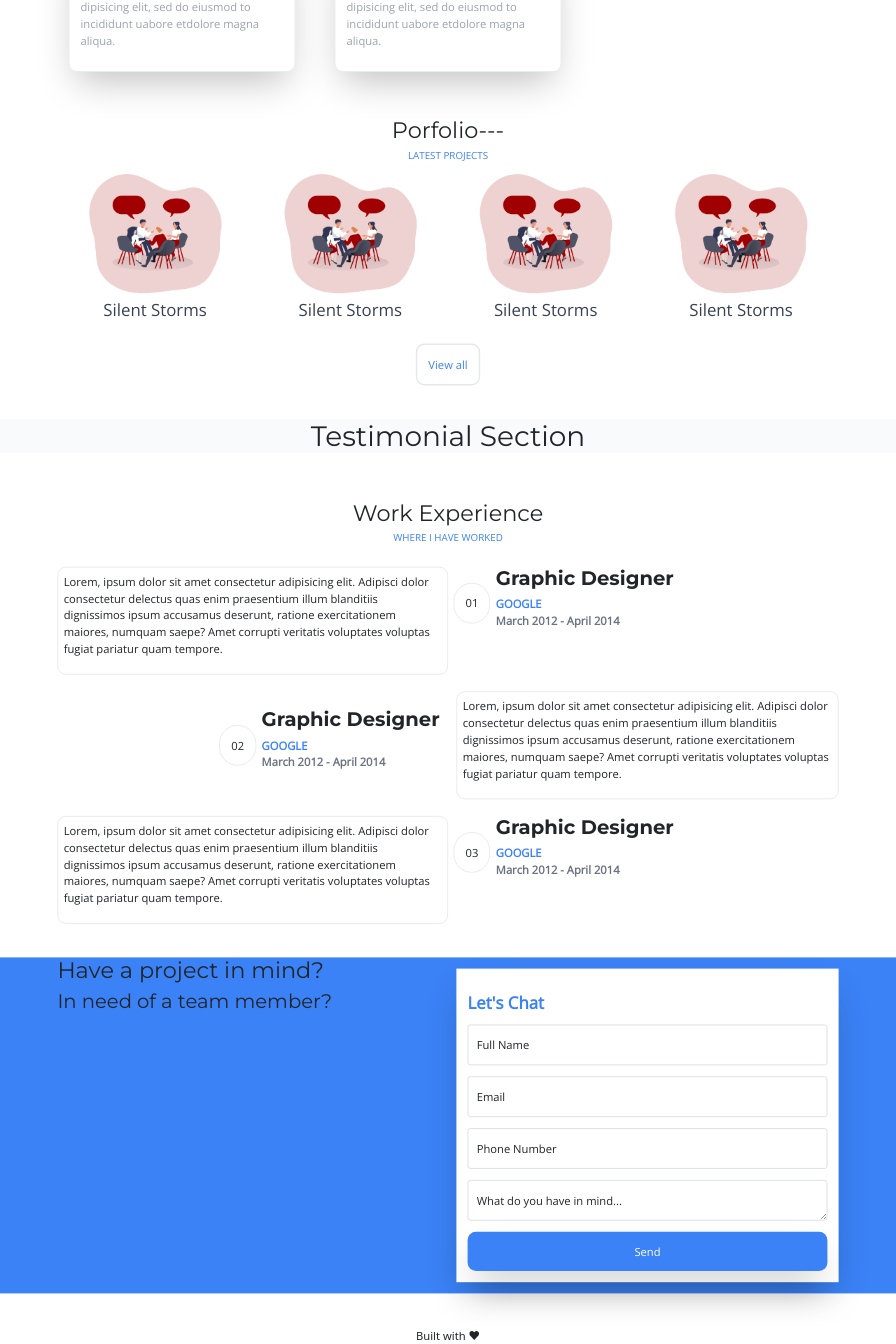
Repository: latenightsnacc/giggles
Page: HTML/freelancer.html
These files come from the project's save history. The page is drawn as it stood at one moment and after the next save; the edit follows.
The browser window is 1280 px wide. The pictures show the part of the page from y = 1544 to 3464 px (the page is 3464 px tall), at 70% of full size.
Some web libraries are served in a nearby version.

Above is the page before, as saved 2021-01-03 19:16:53.

### HTML/freelancer.html
<!DOCTYPE html>
<html lang="en">
<head>
    <meta charset="UTF-8">
    <meta name="viewport" content="width=device-width, initial-scale=1.0">
    <link href="https://cdnjs.cloudflare.com/ajax/libs/tailwindcss/2.0.2/tailwind.min.css" rel="stylesheet">
    <link rel="stylesheet" href="https://stackpath.bootstrapcdn.com/font-awesome/4.7.0/css/font-awesome.min.css" />
    <link href="https://cdn.jsdelivr.net/npm/bootstrap@5.0.0-beta1/dist/css/bootstrap.min.css" rel="stylesheet" integrity="sha384-giJF6kkoqNQ00vy+HMDP7azOuL0xtbfIcaT9wjKHr8RbDVddVHyTfAAsrekwKmP1" crossorigin="anonymous">
    <link rel="stylesheet" href="stylesheet.css">
    <title>Freelancer Page</title>
</head>
<body class="overflow-x-hidden">
    <header class="container">
        <nav class="navbar navbar-expand-lg navbar-light bg-white">
            <div class="container-fluid">
              <a class="navbar-brand" href="#">Navbar</a>
              <button class="navbar-toggler" type="button" data-bs-toggle="collapse" data-bs-target="#navbarNavDropdown" aria-controls="navbarNavDropdown" aria-expanded="false" aria-label="Toggle navigation">
                <span class="navbar-toggler-icon"></span>
              </button>
              <div class="collapse navbar-collapse" id="navbarNavDropdown">
                <ul class="navbar-nav ml-auto">
                  <li class="nav-item">
                    <a class="nav-link active" aria-current="page" href="#">About</a>
                  </li>
                  <li class="nav-item">
                    <a class="nav-link" href="#">Services</a>
                  </li>
                  <li class="nav-item">
                    <a class="nav-link" href="#">My Work</a>
                  </li>
                  <li class="nav-item">
                    <a class="nav-link" href="#">Contact</a>
                  </li>
                  <!-- <li class="nav-item dropdown">
                    <a class="nav-link dropdown-toggle" href="#" id="navbarDropdownMenuLink" role="button" data-bs-toggle="dropdown" aria-expanded="false">
                      Dropdown link
                    </a>
                    <ul class="dropdown-menu" aria-labelledby="navbarDropdownMenuLink">
                      <li><a class="dropdown-item" href="#">Action</a></li>
                      <li><a class="dropdown-item" href="#">Another action</a></li>
                      <li><a class="dropdown-item" href="#">Something else here</a></li>
                    </ul>
                  </li> -->
                </ul>
              </div>
            </div>
        </nav>
    </header>
    <main>
        <!--User Banner-->
        <div class="container mt-5">
            <div class="row flex items-center h-auto">
                <div class="col-sm-12 col-md-4 col-lg-4 col-xl-4">
                    <img src="assets/userDp.jpg" alt="Profile Picture">
                </div>
                <div class="col-sm-12 col-md-8 col-lg-8 col-xl-8">
                    <div class="user-info">
                        <span class="semi-bold text-blue-500 py-10">Hello I'm</span>
                        <h1>Timothy Michael</h1>
                        <h2>Professional Wedding Photographer</h2>
                        <p>Lorem ipsum dolor, sit amet consectetur adipisicing elit. Deserunt, et! Itaque consequuntur ratione quisquam quis, similique cum magni rem ipsam.</p>
                        <div class="mt-2">
                            <a href="#" class="text-xl text-gray-500 no-underline hover:text-blue-700">
                                <i class="fa fa-facebook-f"></i>
                            </a>
                            <a href="#" class="text-xl ml-5 text-gray-500 no-underline hover:text-blue-700">
                                <i class="fa fa-instagram"></i>
                            </a>
                            <a href="#" class="text-xl ml-5 text-gray-500 no-underline hover:text-blue-700">
                                <i class="fa fa-twitter"></i>
                            </a>
                            <a href="#" class="text-xl ml-5 text-gray-500 no-underline hover:text-blue-700">
                                <i class="fa fa-linkedin"></i>
                            </a>
                        </div>
                        <div class="flex flex-row ">
                            <button class="bg-blue-500 hover:bg-blue-700 text-white p-3 semi-bold rounded-xl shadow-2xl my-3">Hire me</button>
                            <button class="bg-blue-500 hover:bg-blue-700 text-white p-3 semi-bold rounded-xl shadow-2xl my-3 mx-3">Collaborate</button>
                        </div>

                    </div>
                </div>
            </div>
        </div>
        <!--User Statisitics-->
        <div class="stats w-full bg-gray-50 flex items-center h-auto py-3 mt-5">
            <div class="container">
                <div class="row">
                    <div class="stat-box col text-center">
                        <div class="bold text-4xl text-black">0</div>
                        <p class="text-sm text-gray-400">Projects completed</p>

                    </div>
                    <div class="stat-box col text-center">
                        <div class="bold text-4xl text-black">0</div>
                        <p class="text-sm text-gray-400">Years of Experience</p>
                    </div>
                    <div class="stat-box col text-center">
                        <div class="bold text-4xl text-black">0</div>
                        <p class="text-sm text-gray-400">Happy Clients</p>
                    </div>
                    <div class="stat-box col text-center">
                        <div class="bold text-4xl text-black">0</div>
                        <p class="text-sm text-gray-400">Collaborations</p>
                    </div>
                </div>
            </div>
        </div>
        <!--About User-->
        <div class="container my-5">
            <div class="row h-auto flex flex-row items-center">
                <div class="col-sm-12 col-md-6 col-lg-4 col-xl-4 pt-5">
                    <h3 class="text-4xl">About Timothy</h3>
                    <p class="text-sm text-blue-700 uppercase semi-bold">Why should you hire me?</p>
                </div>
                <div class="col-sm-12 col-md-6 col-lg-8 col-xl-8 pt-3">
                    <p>Lorem ipsum dolor sit amet consectetur, adipisicing elit. Deleniti amet fugit consectetur perferendis fuga ad numquam mollitia facere obcaecati quam inventore ullam officiis esse rerum soluta laboriosam temporibus, illum aspernatur possimus corrupti quos deserunt, praesentium dolorum officia. Ea aliquam error ut voluptatum omnis velit, at ipsa dolorum harum? Temporibus, natus.</p>
                    <span class="bold text-blue-500">Skills on a Scale of 1 - 10</span>
                    <div class="d-flex flex-wrap">
                        <div class="skill-box shadow-xl max-w-sm w-24 p-2 ml-3 mt-3 border border-gray-100 rounded-xl flex flex-col items-center justify-center text-center">

                            <span class="text-blue-700 bold text-4xl">6</span>
                            <div class="text-sm text-gray-400">HTML</div>
                        </div>
                        <div class="skill-box shadow-xl max-w-sm w-24 p-2 ml-3 mt-3 border border-gray-100 rounded-xl flex flex-col items-center justify-center text-center">

                            <span class="text-blue-700 bold text-4xl">6</span>
                            <div class="text-sm text-gray-400">CSS</div>
                        </div>
                        <div class="skill-box shadow-xl max-w-sm w-24 p-2 ml-3 mt-3 border border-gray-100 rounded-xl flex flex-col items-center justify-center text-center">

                            <span class="text-blue-700 bold text-4xl">6</span>
                            <div class="text-sm text-gray-400">UI/UX</div>
                        </div>
                        <div class="skill-box shadow-xl max-w-sm w-24 p-2 ml-3 mt-3 border border-gray-100 rounded-xl flex flex-col items-center justify-center text-center">

                            <span class="text-blue-700 bold text-4xl">6</span>
                            <div class="text-sm text-gray-400">Photography</div>
                        </div>
                        <div class="skill-box shadow-xl max-w-sm w-24 p-2 ml-3 mt-3 border border-gray-100 rounded-xl flex flex-col items-center justify-center text-center">

                            <span class="text-blue-700 bold text-4xl">6</span>
                            <div class="text-sm text-gray-400">Branding</div>
                        </div>
                        <div class="skill-box shadow-xl max-w-sm w-24 p-2 ml-3 mt-3 border border-gray-100 rounded-xl flex flex-col items-center justify-center text-center">

                            <span class="text-blue-700 bold text-4xl">6</span>
                            <div class="text-sm text-gray-400">Mobile App Development</div>
                        </div>
                    </div>
                </div>
            </div>
        </div>
        <!--Services User Provides-->
        <div class="container my-5">
            <h2 class="text-center">Services</h2>
            <p class="text-blue-500 text-sm uppercase text-center uppercase">What I can do for you</p>
            <div class="row">
                <div class="col-xs-12 col-sm-12 col-md-3 col-lg-3 col-xl-4">
                    <div class="max-w-sm shadow-2xl border border-blue-300 rounded-xl p-3 m-3 hover:bg-blue-500 hover:text-white">
                        <div class="service-title text-2xl bold  pb-2">Graphic Design</div>
                        <p class="text-md text-gray-400 hover:text-gray-50">Lorem ipsum dolor sit aconsect dipisicing elit, sed do eiusmod to incididunt uabore etdolore magna aliqua.</p>
                    </div>
                </div>
                <div class="col-xs-12 col-sm-12 col-md-3 col-lg-3 col-xl-4">
                    <div class="max-w-sm shadow-2xl border border-blue-300 rounded-xl p-3 m-3 hover:bg-blue-500 hover:text-white">
                        <div class="service-title text-2xl bold  pb-2">Graphic Design</div>
                        <p class="text-md text-gray-400 hover:text-gray-50">Lorem ipsum dolor sit aconsect dipisicing elit, sed do eiusmod to incididunt uabore etdolore magna aliqua.</p>
                    </div>
                </div>
                <div class="col-xs-12 col-sm-12 col-md-3 col-lg-3 col-xl-4">
                    <div class="max-w-sm shadow-2xl border border-blue-300 rounded-xl p-3 m-3 hover:bg-blue-500 hover:text-white">
                        <div class="service-title text-2xl bold  pb-2">Graphic Design</div>
                        <p class="text-md text-gray-400 hover:text-gray-50">Lorem ipsum dolor sit aconsect dipisicing elit, sed do eiusmod to incididunt uabore etdolore magna aliqua.</p>
                    </div>
                </div>
                <div class="col-xs-12 col-sm-12 col-md-3 col-lg-3 col-xl-4">
                    <div class="max-w-sm shadow-2xl border border-blue-300 rounded-xl p-3 m-3 hover:bg-blue-500 hover:text-white">
                        <div class="service-title text-2xl bold  pb-2">Graphic Design</div>
                        <p class="text-md text-gray-400 hover:text-gray-50">Lorem ipsum dolor sit aconsect dipisicing elit, sed do eiusmod to incididunt uabore etdolore magna aliqua.</p>
                    </div>
                </div>
                <div class="col-xs-12 col-sm-12 col-md-3 col-lg-3 col-xl-4">
                    <div class="max-w-sm shadow-2xl border border-blue-300 rounded-xl p-3 m-3 hover:bg-blue-500 hover:text-white">
                        <div class="service-title text-2xl bold  pb-2">Graphic Design</div>
                        <p class="text-md text-gray-400 hover:text-gray-50">Lorem ipsum dolor sit aconsect dipisicing elit, sed do eiusmod to incididunt uabore etdolore magna aliqua.</p>
                    </div>
                </div>
            </div>

        </div>
        <!--Gallery / User Porfolio-->
        <div class="container my-5">
            <h2 class="text-center">Porfolio---</h2>
            <p class="text-blue-500 text-sm uppercase  uppercase text-center">Latest Projects</p>

            <div class="row mx-auto">
                <div class="col-xs-12 col-sm-12 col-md-6 col-lg-3 col-xl-3">
                    <a href="#" class="no-underline text-center flex flex-col items-center">
                        <img src="assets/brainstorming_session__monochromatic.jpg" alt="latest project" />
                        <div class="title-project text-gray-700 bold text-2xl  hover:underline hover:text-blue-500 py-2">Silent Storms</div>
                    </a>
                </div>
                <div class="col-xs-12 col-sm-12 col-md-6 col-lg-3 col-xl-3">
                    <a href="#" class="no-underline text-center flex flex-col items-center">
                        <img src="assets/brainstorming_session__monochromatic.jpg" alt="latest project" />
                        <div class="title-project text-gray-700 bold text-2xl  hover:underline hover:text-blue-500 py-2">Silent Storms</div>
                    </a>
                </div>
                <div class="col-xs-12 col-sm-12 col-md-6 col-lg-3 col-xl-3">
                    <a href="#" class="no-underline text-center flex flex-col items-center">
                        <img src="assets/brainstorming_session__monochromatic.jpg" alt="latest project" />
                        <div class="title-project text-gray-700 bold text-2xl  hover:underline hover:text-blue-500 py-2">Silent Storms</div>
                    </a>
                </div>
                <div class="col-xs-12 col-sm-12 col-md-6 col-lg-3 col-xl-3">
                    <a href="#" class="no-underline text-center flex flex-col items-center">
                        <img src="assets/brainstorming_session__monochromatic.jpg" alt="latest project" />
                        <div class="title-project text-gray-700 bold text-2xl  hover:underline hover:text-blue-500 py-2">Silent Storms</div>
                    </a>
                </div>

            </div>
            <div class="flex justify-center my-4">
                <button class="text-center bg-white border-2 text-blue-500  p-3 semi-bold rounded-xl hover:border-blue-500">View all</button>
            </div>

        </div>
        <!--Testimonial Section-->
        <div class="bg-gray-50">
            <div class="container my-5">
                <h1 class="text-center">Testimonial Section</h1>
            </div>
        </div>

        <!--Work Experience-->
        <div class="container my-5 work-experience">
            <div class="section-title py-3">
                <h2 class="text-center my-1">Work Experience</h2>
                <p class="text-blue-500 text-sm uppercase text-center uppercase mb-3">Where I have worked</p>
            </div>

            <!--Row 1-->
            <div class="flex flex-col md:flex-row md:flex-row-reverse">
                <div class="col-xs-12 col-sm-12 col-md-6 col-lg-6 col-xl-6">
                    <div class="flex flex-row items-center float-left md:ml-2">
                        <span class="no border border-blue-500 rounded-full p-3">01</span>
                        <div class="details ml-2">
                            <h3 class="job-title font-bold">Graphic Designer</h3>
                            <span class="company uppercase font-semibold text-blue-500 my-2">Google</span>
                            <p class="experience text-gray-500 font-semibold text-md">March 2012 - April 2014</p>
                        </div>
                    </div>
                </div>
                <div class="col-xs-12 col-sm-12 col-md-6 col-lg-6 col-xl-6">
                    <div class="text p-2 border border-blue-500 rounded-xl text ">
                        <p>Lorem, ipsum dolor sit amet consectetur adipisicing elit. Adipisci dolor consectetur delectus quas enim praesentium illum blanditiis dignissimos ipsum accusamus deserunt, ratione exercitationem maiores, numquam saepe? Amet corrupti veritatis voluptates voluptas fugiat pariatur quam tempore.</p>
                    </div>

                </div>

            </div>
            <!--Row 2-->
            <div class="row my-4 align-items-center">
                <div class="col-xs-12 col-sm-12 col-md-6 col-lg-6 col-xl-6">
                    <div class="flex flex-row items-center float-left md:float-right">
                        <span class="no border border-blue-500 rounded-full p-3">02</span>
                        <div class="details ml-2">
                            <h3 class="job-title font-bold">Graphic Designer</h3>
                            <span class="company uppercase font-semibold text-blue-500 my-2">Google</span>
                            <p class="experience text-gray-500 font-semibold text-md">March 2012 - April 2014</p>
                        </div>
                    </div>
                </div>
                <div class="col-xs-12 col-sm-12 col-md-6 col-lg-6 col-xl-6">

                    <div class="text p-2 border border-blue-500 rounded-xl text ">
                        <p>Lorem, ipsum dolor sit amet consectetur adipisicing elit. Adipisci dolor consectetur delectus quas enim praesentium illum blanditiis dignissimos ipsum accusamus deserunt, ratione exercitationem maiores, numquam saepe? Amet corrupti veritatis voluptates voluptas fugiat pariatur quam tempore.</p>
                    </div>
                </div>
            </div>
            <!--Row 3-->
            <div class="my-4 flex flex-col md:flex-row md:flex-row-reverse">
                <div class="col-xs-12 col-sm-12 col-md-6 col-lg-6 col-xl-6">
                    <div class="flex flex-row items-center float-left md:ml-2">
                        <span class="no border border-blue-500 rounded-full p-3">03</span>
                        <div class="details ml-2">
                            <h3 class="job-title font-bold">Graphic Designer</h3>
                            <span class="company uppercase font-semibold text-blue-500 my-2">Google</span>
                            <p class="experience text-gray-500 font-semibold text-md">March 2012 - April 2014</p>
                        </div>
                    </div>
                </div>
                <div class="col-xs-12 col-sm-12 col-md-6 col-lg-6 col-xl-6">
                    <div class="text p-2 border border-blue-500 rounded-xl text ">
                        <p>Lorem, ipsum dolor sit amet consectetur adipisicing elit. Adipisci dolor consectetur delectus quas enim praesentium illum blanditiis dignissimos ipsum accusamus deserunt, ratione exercitationem maiores, numquam saepe? Amet corrupti veritatis voluptates voluptas fugiat pariatur quam tempore.</p>
                    </div>

                </div>

            </div>
        </div>

        <!--Contact User-->
        <div class="bg-blue-500">
            <div class="container my-5">
                <div class="row">
                    <div class="col-xs-12 col-sm-12 col-md-6 col-lg-6 col-xl-6">
                        <div class="section-title">
                            <h2>Have a project in mind?</h2>
                            <h3>In need of a team member?</h3>
                        </div>
                    </div>
                    <div class="col-xs-12 col-sm-12 col-md-6 col-lg-6 col-xl-6 py-3">
                        <form class="bg-white shadow-2xl p-3" action="#" method="POST">
                            <div class="form-title py-3 text-2xl font-bold text-blue-500">Let's Chat</div>
                            <div class="form-floating mb-3">
                                <input type="text" class="form-control" id="floatingName" placeholder="Jane Doe">
                                <label for="floatingName">Full Name</label>
                            </div>
                            <div class="form-floating mb-3">
                                <input type="email" class="form-control" id="floatingEmail" placeholder="janedoe@abc.com">
                                <label for="floatingEmail">Email</label>
                            </div>
                            <div class="form-floating mb-3">
                                <input type="text" class="form-control focus:outline-none" id="floatingPhone" placeholder="0803451789">
                                <label for="floatingPhone">Phone Number</label>
                            </div>
                            <div class="form-floating mb-3">
                                <textarea  class="form-control"  id="floatingTextBox" placeholder="Talk to me" rows="10" cols="10"></textarea>
                                <label for="floatingPassword">What do you have in mind...</label>
                            </div>
                            <div>
                                <button type="submit" class="bg-blue-500 hover:bg-blue-700 text-white p-3 semi-bold rounded-xl shadow-2xl w-100">Send</button>
                            </div>
                        </form>
                    </div>
                </div>
            </div>
        </div>

    </main>
    <footer class="text-center">Built with &hearts; </footer>
    <script src="https://cdn.jsdelivr.net/npm/bootstrap@5.0.0-beta1/dist/js/bootstrap.bundle.min.js" integrity="sha384-ygbV9kiqUc6oa4msXn9868pTtWMgiQaeYH7/t7LECLbyPA2x65Kgf80OJFdroafW" crossorigin="anonymous"></script>

</body>
</html>

### HTML/stylesheet.css
@import url('https://fonts.googleapis.com/css2?family=Montserrat:wght@400;700&family=Open+Sans:wght@300;400&display=swap');

h1, h2, h3, h4, h5, h6 {
    font-family: 'Montserrat', sans-serif;
}
.user-info h1 {
    line-height: 60px;
    font-size: 50px;
    font-weight: 700;
    margin-top: 20px;
}
.user-info h2 {
    line-height: 27px;
    font-size: 18px;
    font-weight: 400;
    margin-top: 15px;
}
.user-info span {
    line-height: 36px;
    font-size: 30px;
    font-weight: 600;
}
.user-info p {
    margin: 5px 0;
}
.user-info button {
    margin-top: 10px;
}
p, div, a, button {
    font-family: 'Open Sans', sans-serif;
    font-weight: 300;
}

.work-experience .row:hover .text {
    border:2px solid  #3b82f6;

}
.work-experience .row:hover .flex .no {
    border:1px solid #3b82f6;

}

After the next save:
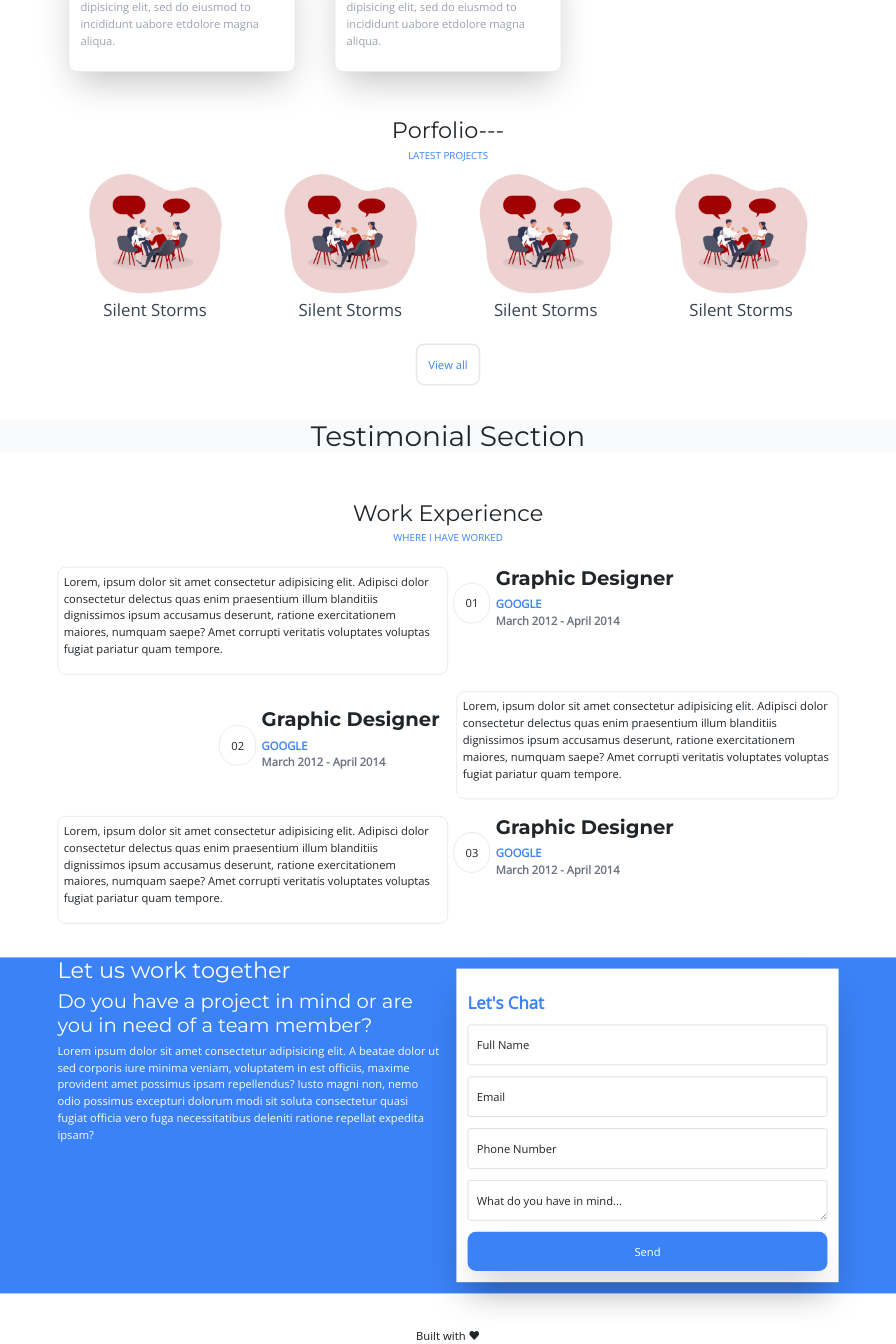
Saved 109 s later.
--- a/HTML/freelancer.html
+++ b/HTML/freelancer.html
@@ -306,9 +306,13 @@
             <div class="container my-5">
                 <div class="row">
                     <div class="col-xs-12 col-sm-12 col-md-6 col-lg-6 col-xl-6">
-                        <div class="section-title">
-                            <h2>Have a project in mind?</h2>
-                            <h3>In need of a team member?</h3>
+                        <div class="section-title text-white">
+                            <h2>Let us work together</h2>
+                            <h3>Do you have a project in mind or are you in need of a team member?</h3>
+
+                        </div>
+                        <div class="content text-gray-50">
+                            <p>Lorem ipsum dolor sit amet consectetur adipisicing elit. A beatae dolor ut sed corporis iure minima veniam, voluptatem in est officiis, maxime provident amet possimus ipsam repellendus? Iusto magni non, nemo odio possimus excepturi dolorum modi sit soluta consectetur quasi fugiat officia vero fuga necessitatibus deleniti ratione repellat expedita ipsam?</p>
                         </div>
                     </div>
                     <div class="col-xs-12 col-sm-12 col-md-6 col-lg-6 col-xl-6 py-3">
